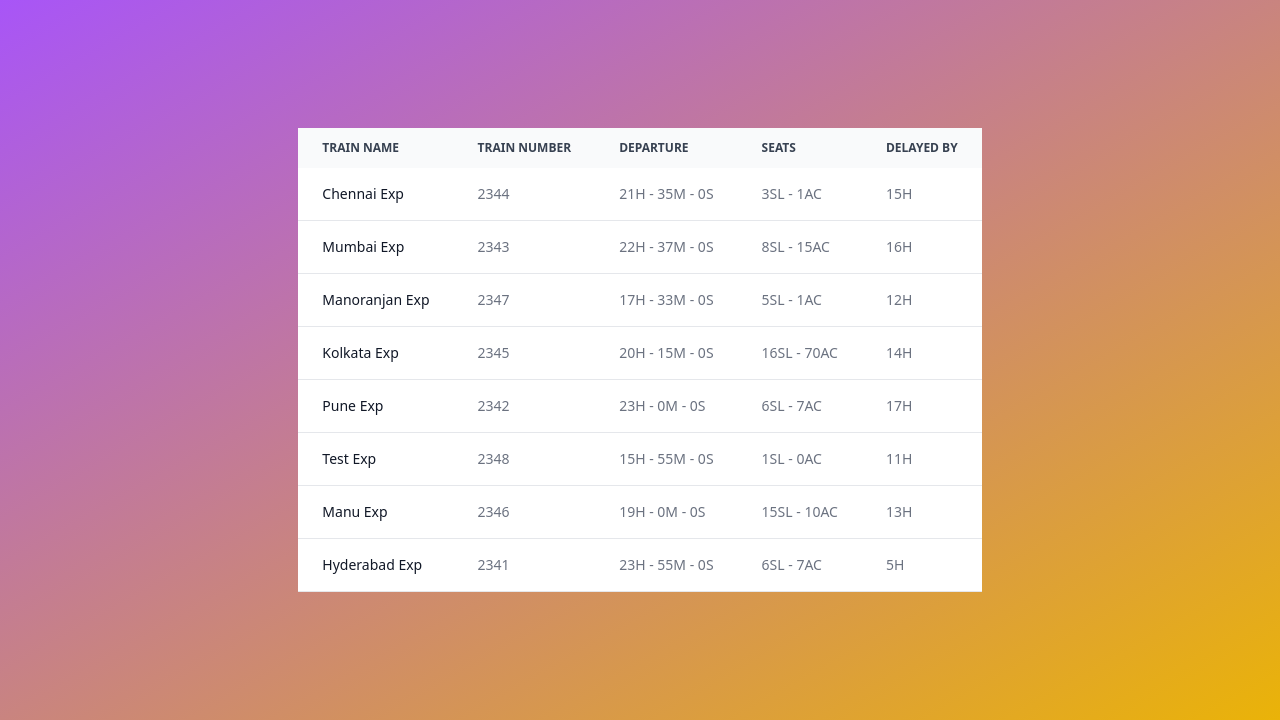
Repository: theanmol-raj/2010080029
Page: /
These files come from the project's save history. The page is drawn as it stood at one moment and after the next save; the edit follows.
The browser window is 1280 px wide. The pictures show the whole page.
The page's requests for data from a server got no answer. The project was rebuilt for these pictures with package versions that can differ from the ones it lists, and the page was loaded fresh each time. No one was signed in, and anything a server would have sent is missing. Also part of the build but not shown: src/components/IndividualTrainINfo.jsx.

Above is the page before, as saved 2023-04-29 21:01:01.

After the next save:
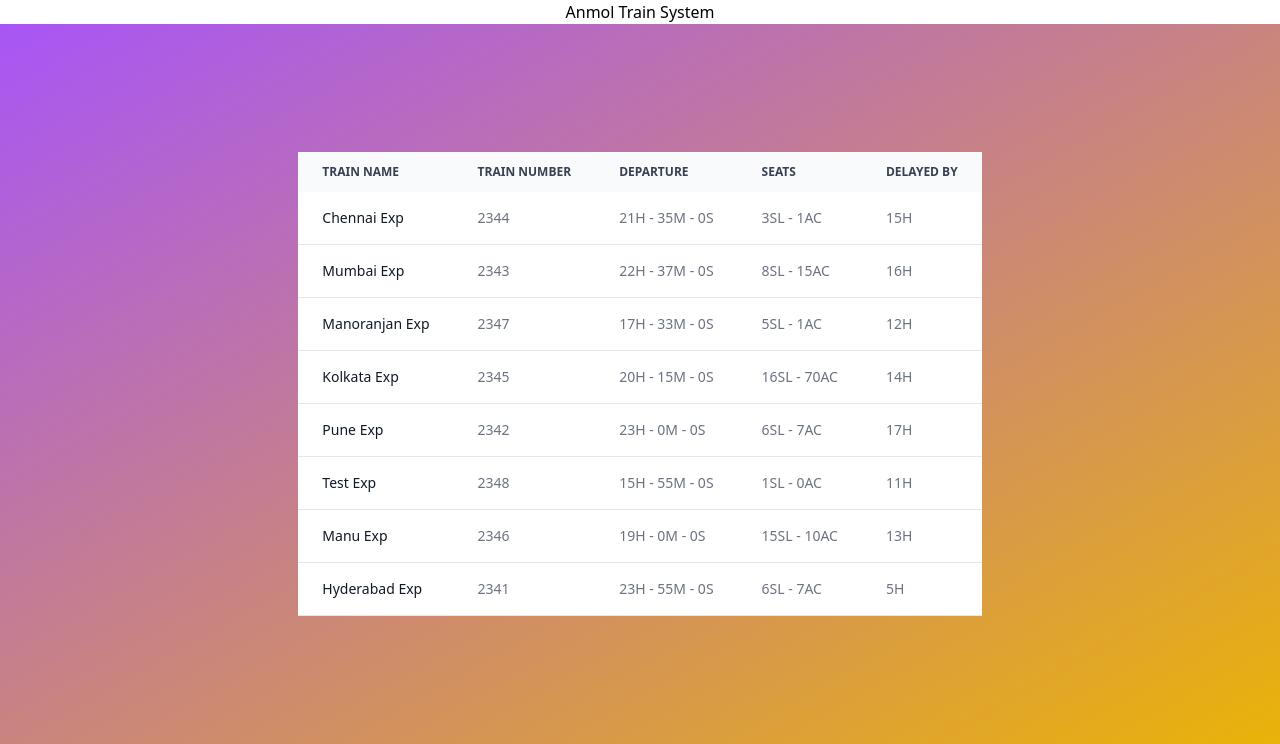
Saved 15 min 12 s later.
--- a/src/App.js
+++ b/src/App.js
@@ -91,6 +91,7 @@
 
   return (
     <div className="">
+    <h1 className=" text-center">Anmol Train System</h1>
       <Routes>
         <Route path="/" element={<TrainINfo setter={setter} data={data} />} />
         <Route path="/:id" element = {<IndividualTrainINfo data ={data}/>}/>
